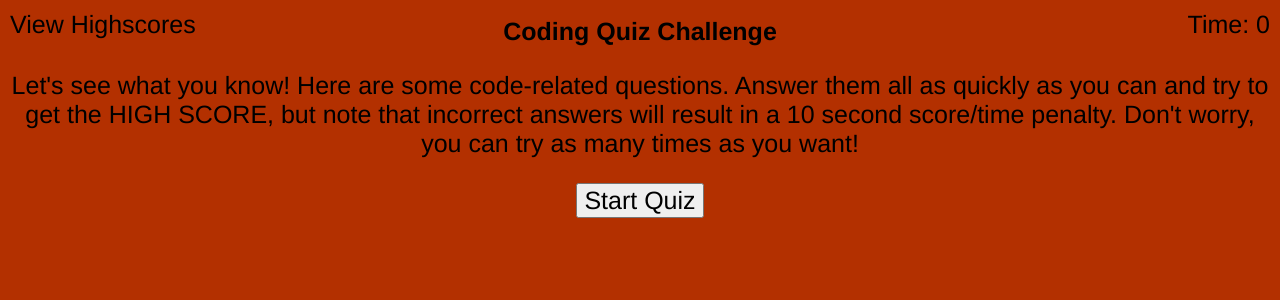
Repository: Vshepard879/Code-Quiz
Page: index.html
An editor plug-in stored every save of this project. The page is shown before and after the next save, followed by the edit.
The browser window is 1280 px wide. The pictures show the whole page.

Above is the page before, as saved 2022-03-18 21:26:12.
Console error: TypeError: Cannot read properties of null (reading 'addEventListener')

After the next save:
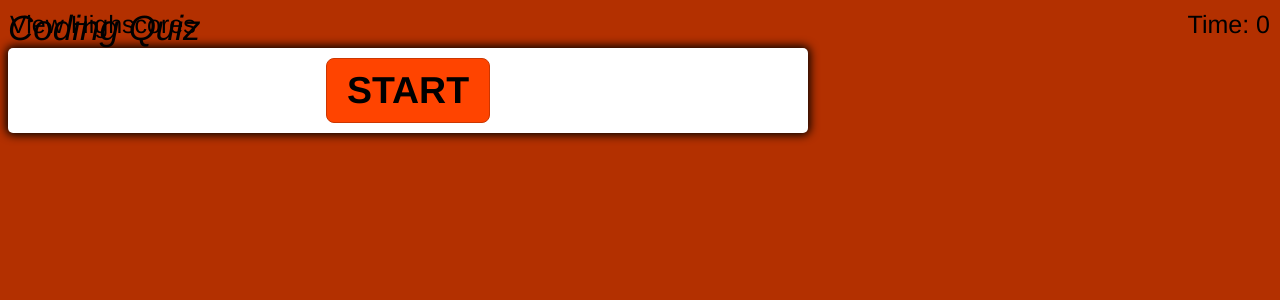
The error is gone.
Saved 3 s later.
--- a/index.html
+++ b/index.html
@@ -10,27 +10,28 @@
 </head>
 
 <body>
+    <header>Coding Quiz</header>
+    <div class ="scores"><a href="score.html">View Highscores</a></div>
 
-    <body>
-        <div class="scores"><a href="score.html">View Highscores</a></div>
+    <div class="timer">Time: <span id="time">0</span></div>
 
-        <div class="timer">Time: <span id="time">0</span></div>
+    <!--Start Quiz Container-->
+    <div class="container">
+        <div id="question-container" class="hide">
+                <div id="question">Question</div>
+                <div id="answer-buttons" class="btn-grid">
+                <button class="btn">Answer 1</button>
+                <button class="btn">Answer 2</button>
+                <button class="btn">Answer 3</button>
+                <button class="btn">Answer 4</button>
+            </div>
+        </div>
+        <div class="controls counts">
+            <button id="start-btn" class="start-btn btn">START</button>
+            <button id="next-btn" class="next-btn btn hide">Next</button>
+        </div>
 
-        <div class="wrapper">
-          <div id="start-screen" class="start">
-            <h1>Coding Quiz Challenge</h1>
-            <p>
-              Let's see what you know! Here are some code-related questions. Answer them all as quickly as you can and try to get the HIGH SCORE, but note that incorrect answers will result in a 10 second score/time penalty. Don't worry, you can try as many times as you want!
-            </p>
-            <button id="start">Start Quiz</button>
-          </div>
-
-          <div id="questions" class="hide">
-            <h2 id="question-title"></h2>
-            <div id="choices" class="choices"></div>
-          </div>
-
-          <div id="end-screen" class="hide">
+        <div id="end-screen" class="hide">
             <h2>All done!</h2>
             <p>Your final score is <span id="final-score"></span>.</p>
             <p>
@@ -40,7 +41,7 @@
           </div>
 
           <div id="feedback" class="feedback hide"></div>
-        </div>
 
-      </body>
-    </html>
+    </div>
+</body>
+</html>
